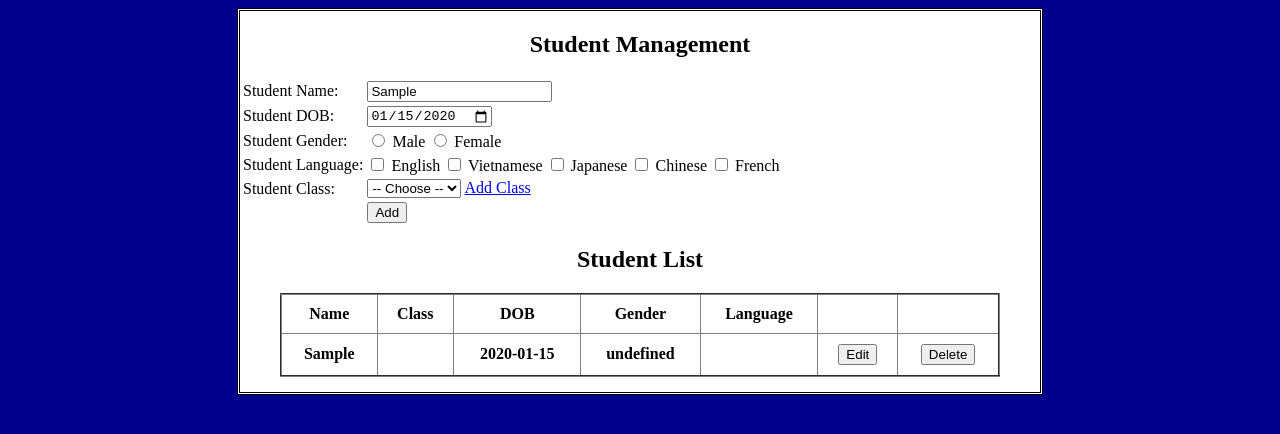
Repository: AnhDuc0125/HTML-Aptech
Page: exam/nextPage.html
These files come from the project's save history. The page is drawn as it stood at one moment and after the next save; the edit follows.
The browser window is 1280 px wide. The pictures show the whole page.
Empty fields were first filled with sample values (such as "Sample", 5 or name@example.com).
After loading, the first visible `button` was clicked once.

Above is the page before, as saved 2021-12-06 07:45:22.

After the next save:
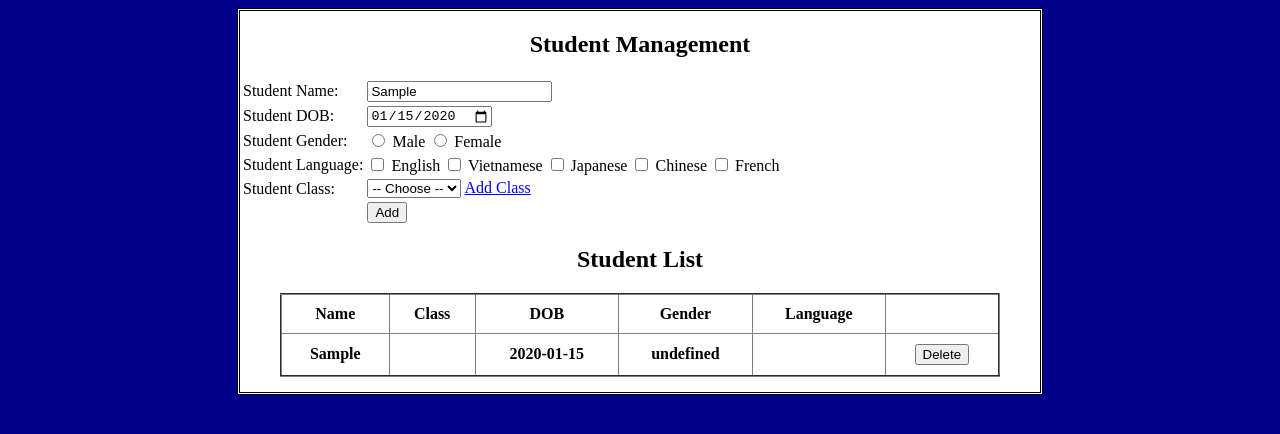
Saved 2 min 20 s later.
--- a/exam/nextPage.html
+++ b/exam/nextPage.html
@@ -129,7 +129,6 @@
                         <th>${student.dob}</th>
                         <th>${student.gender}</th>
                         <th>${student.language}</th>
-                        <th><button onclick="edit_std(${index})">Edit</button></th>
                         <th><button onclick="delete_std(${index})">Delete</button></th>
                     </tr>`)
                     index++
@@ -147,7 +146,6 @@
                     <th>${student_list[i].dob}</th>
                     <th>${student_list[i].gender}</th>
                     <th>${student_list[i].language}</th>
-                    <th><button onclick="edit_std(${index})">Edit</button></th>
                     <th><button onclick="delete_std(${index})">Delete</button></th>
                     </tr>`);
                     index++
@@ -163,14 +161,7 @@
                 show_list();
             }
 
-            function edit_std(index) {
-                document.getElementById('name_id').value = student_list[index].name
-                document.getElementById('class_id').value = student_list[index].class
-                document.getElementById('dob_id').value = student_list[index].dob
-                document.getElementsByName('sex').value = student_list[index].gender
-                document.getElementsByClassName('language_list').value = student_list[index].language
 
-            }
 
     </script>
 </body>
